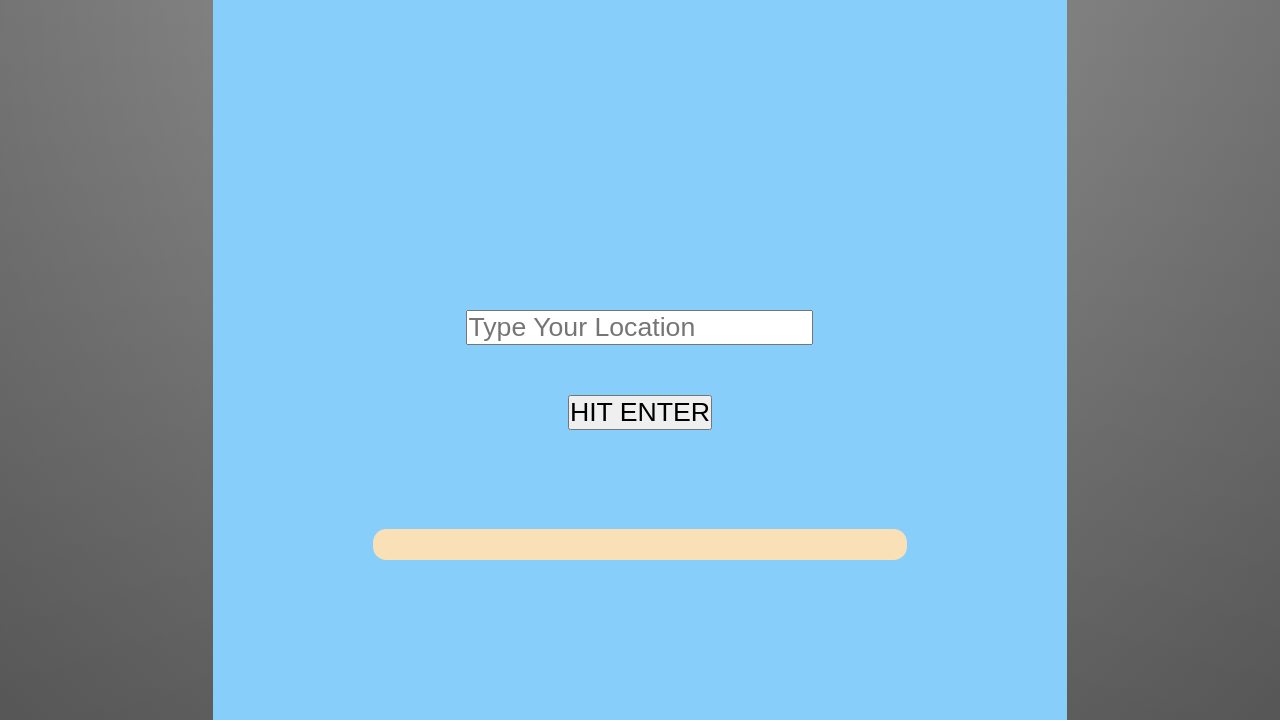
Repository: Heidingg/weather_app
Page: /
The author's editor kept a copy of each file at every save. The page is drawn from the files as they stood at one save, then again after the next save.
The browser window is 1280 px wide. The pictures show the whole page.
The project was rebuilt for these pictures with package versions that can differ from the ones it lists, and the page was loaded fresh each time. The framework's server and built-in components were replaced by stand-ins that run in the browser. Also part of the build but not shown: next.config.js.

Above is the page before, as saved 2023-01-20 22:33:38.

After the next save:
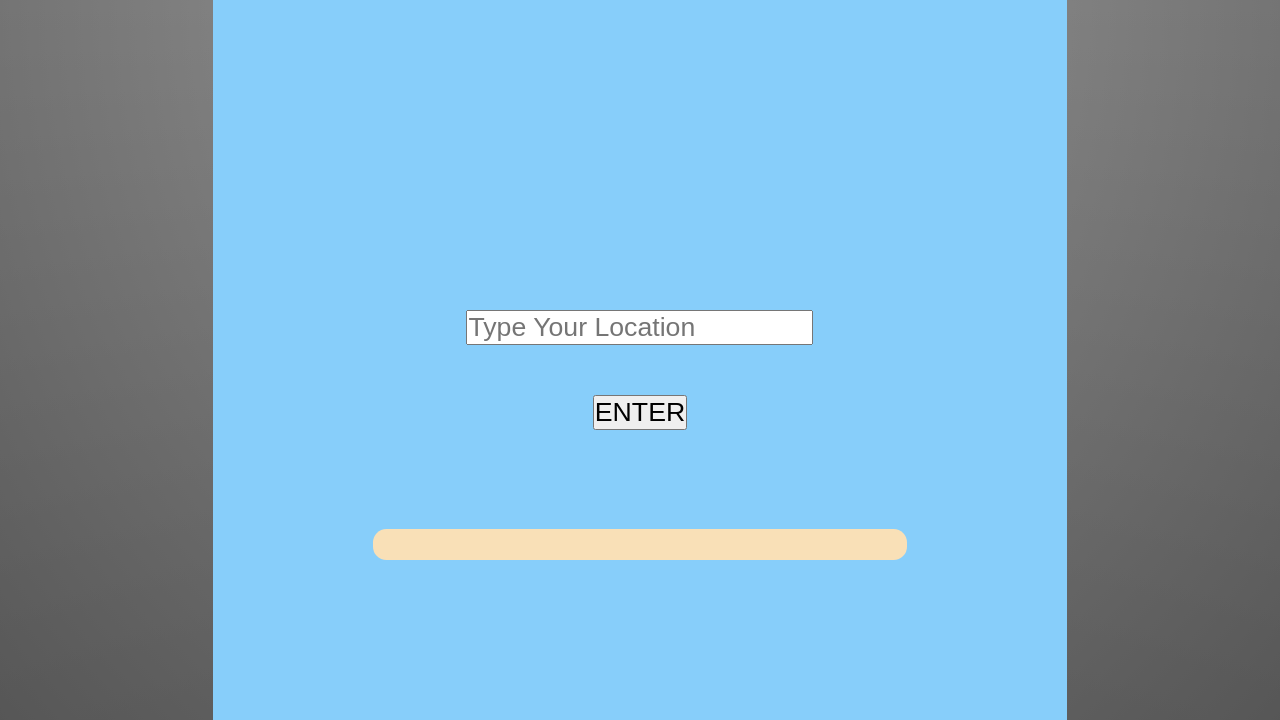
Saved 60 s later.
--- a/pages/index.js
+++ b/pages/index.js
@@ -76,7 +76,7 @@ export default function Home() {
         >
         </input>
     <button className={styles.Btn}
-    type="submit" onClick={setWeather} >HIT ENTER </button>
+    type="submit" onClick={setWeather} > ENTER </button>
     <div className={styles.searchContainer}></div>
         <div className={styles.weatherData}>
           <div className={styles.weatherCondition}>
